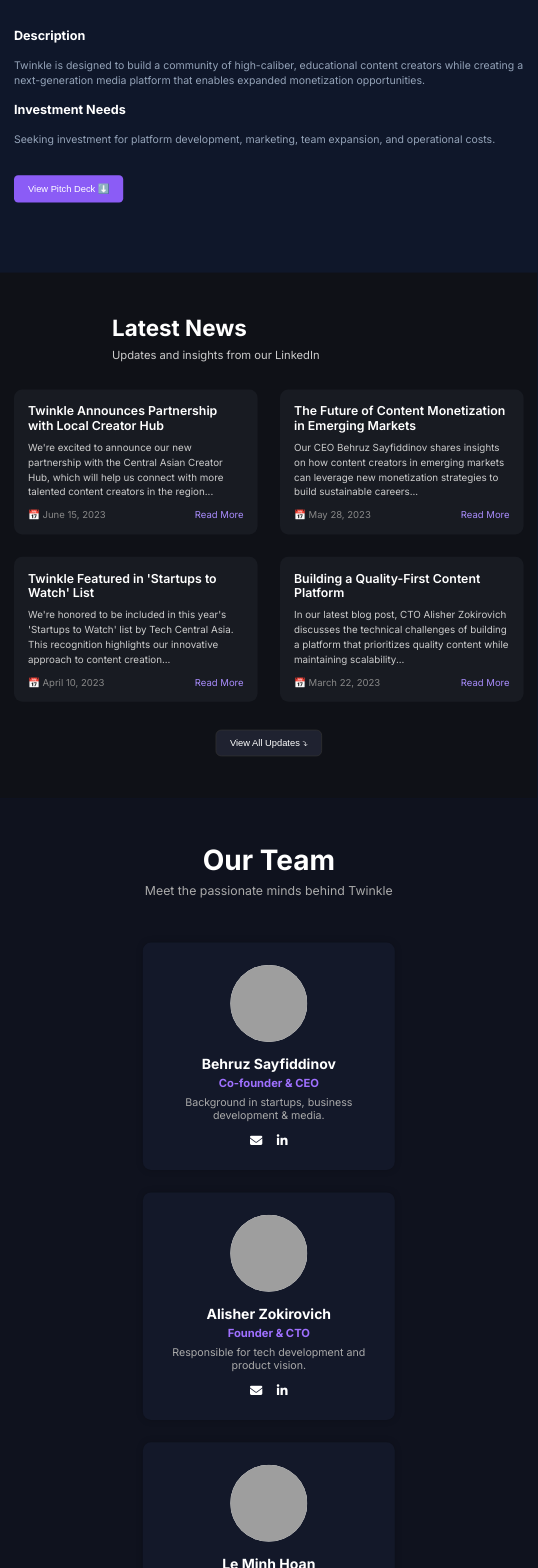
Repository: techboy-33/Twinkle-web
Page: index.html
These files come from the project's save history. The page is drawn as it stood at one moment and after the next save; the edit follows.
The browser window is 768 px wide. The pictures show the part of the page from y = 1379 to 3619 px (the page is 6323 px tall before and 6335 px after), at 70% of full size.
Pictures or frames that could not be fetched are drawn as grey boxes.

Above is the page before, as saved 2025-05-15 10:47:28.

After the next save:
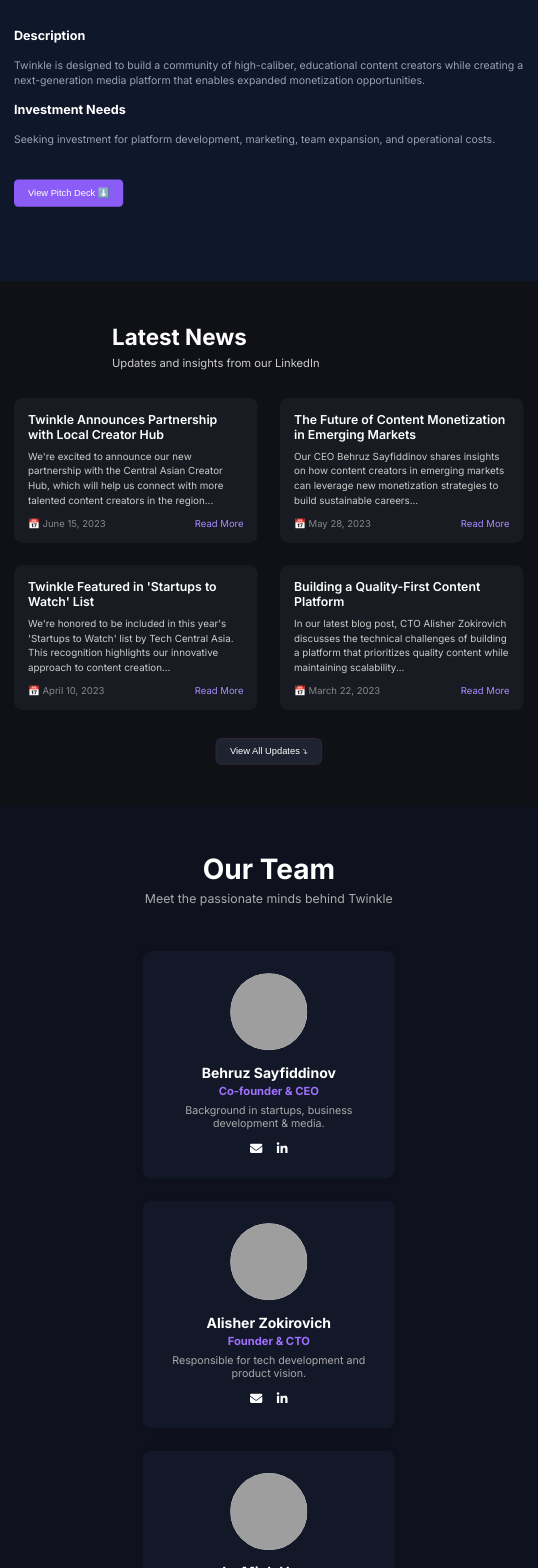
Saved 22 s later.
--- a/responsive.css
+++ b/responsive.css
@@ -122,6 +122,6 @@
     }
 
     .pitch-btn {
-        margin: 20px 0;
+        margin: 26px 0;
     }
 }
